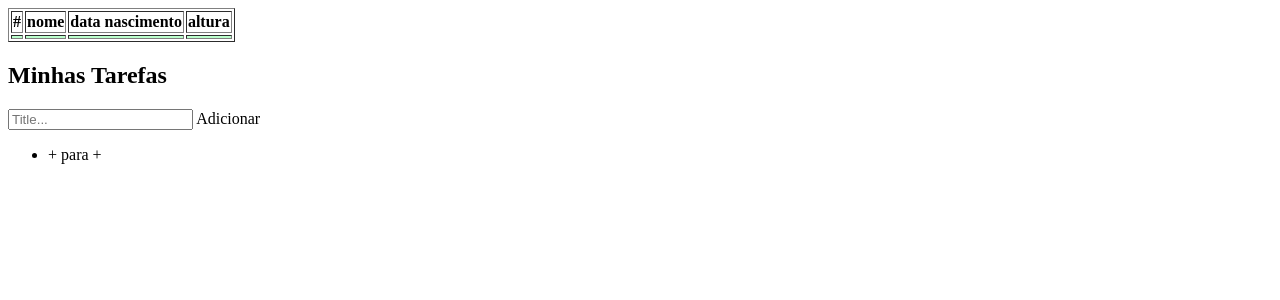
Repository: sophiaks/CRUD
Page: http://localhost/Projeto1/listaComTagLib.jsp
The author's editor kept a copy of each file at every save. The page is drawn from the files as they stood at one save, then again after the next save.
The browser window is 1280 px wide. The pictures show the whole page.
The page is served by Tomcat 9. Queries for data that is not in the repository find no rows.

Above is the page before, as saved 2020-09-19 19:01:01.

After the next save:
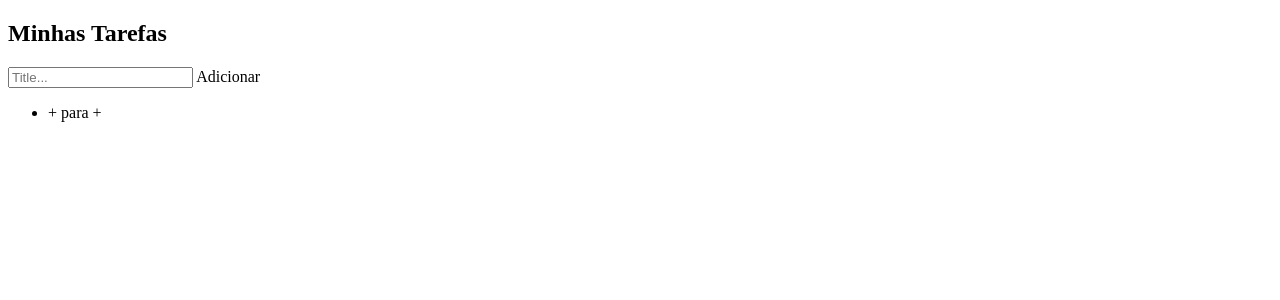
Saved 30 s later.
--- a/WorkspaceP1/Projeto1/WebContent/listaComTagLib.jsp
+++ b/WorkspaceP1/Projeto1/WebContent/listaComTagLib.jsp
@@ -8,35 +8,11 @@
 
 </head>
 <body>
-	<jsp:useBean id="dao" class="br.edu.insper.DAO"/>
-	<table border="1">
-	<tr>
-	<td><b>#</b></td>
-	<td><b>nome</b></td>
-	<td><b>data nascimento</b></td>
-	<td><b>altura</b></td>
-	</tr>
-	<c:forEach var="pessoa" items="${dao.lista}" varStatus="id">
-	<tr bgcolor="#${id.count%2 == 0 ? 'bbffcc' : 'ffffbb' }" >
-	<td>${id.count}</td>
-	<td>${pessoa.nome}</td>
-	<td>
-	<fmt:formatDate
-	value="${pessoa.nascimento.time}"
-	pattern="dd/MM/yyyy"/>
-	</td>
-	<td>${pessoa.altura}</td>
-	</tr>
-
-	</c:forEach>
-	</table>
-
 	 <div id="myDIV" class="header">
   		<h2>Minhas Tarefas</h2>
-  			<input type="text" id="myInput" placeholder="Title...">
-  				<span onclick="newElement()" class="addBtn">Adicionar</span>
+  		<input type="text" id="myInput" placeholder="Title...">
+  		<span onclick="newElement()" class="addBtn">Adicionar</span>
 	</div>
-
 	<ul id="myUL">
 	  <c:forEach var="tarefa" items="{dao.lista}" varStatus="id">
 	  	<li>${tarefa.tarefa} + para + ${tarefa.data}</li>
